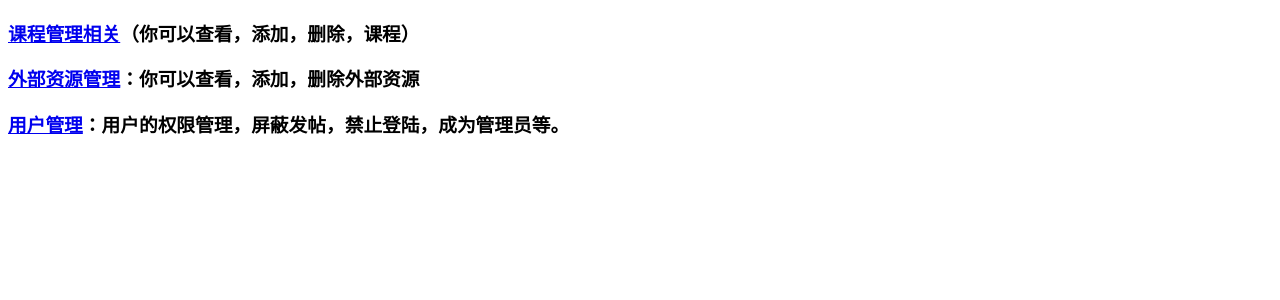
Repository: hbisheng/Academic-portal-website
Page: http://localhost/NewInfo/admin/index.jsp
The author's editor kept a copy of each file at every save. The page is drawn from the files as they stood at one save, then again after the next save.
The browser window is 1280 px wide. The pictures show the whole page.
The page is served by Tomcat 9.

Above is the page before, as saved 2014-09-20 15:25:21.

After the next save:
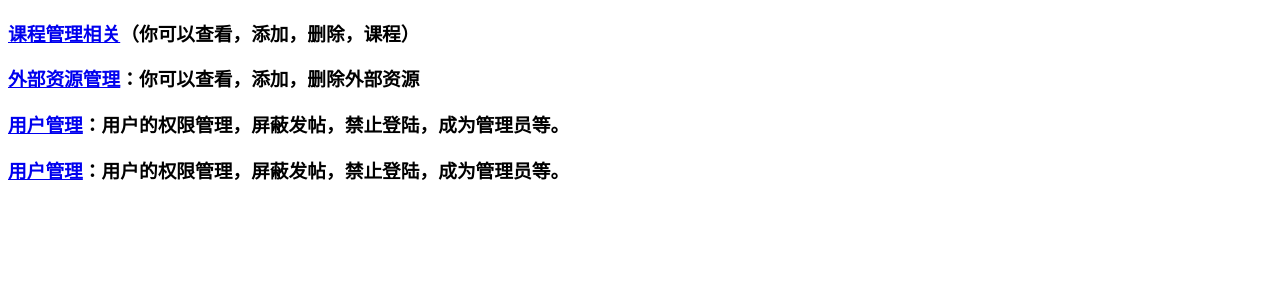
Saved 14 s later.
--- a/Java_info/NewInfo/WebContent/admin/index.jsp
+++ b/Java_info/NewInfo/WebContent/admin/index.jsp
@@ -14,5 +14,6 @@
 
 <h3><a href="user_manage.jsp">用户管理</a>：用户的权限管理，屏蔽发帖，禁止登陆，成为管理员等。</h3>
 
+<h3><a href="user_manage.jsp">用户管理</a>：用户的权限管理，屏蔽发帖，禁止登陆，成为管理员等。</h3>
 </body>
 </html>
